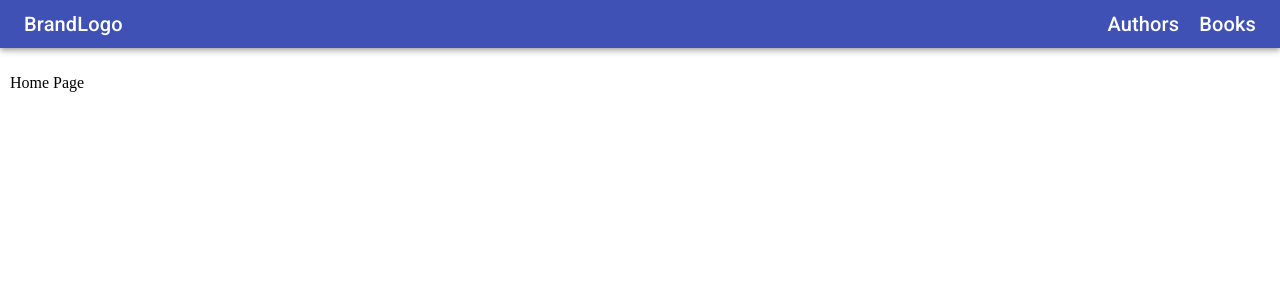
Repository: Sociophuck/00007494
Page: / (app in front/)
An editor plug-in stored every save of this project. The page is shown before and after the next save, followed by the edit.
The browser window is 1280 px wide. The pictures show the whole page.
The project was rebuilt for these pictures with package versions that can differ from the ones it lists, and the page was loaded fresh each time. Also part of the build but not shown: front/src/Author.js, front/src/App.css, front/src/Book.js.

Above is the page before, as saved 2021-04-04 11:09:18.

After the next save:
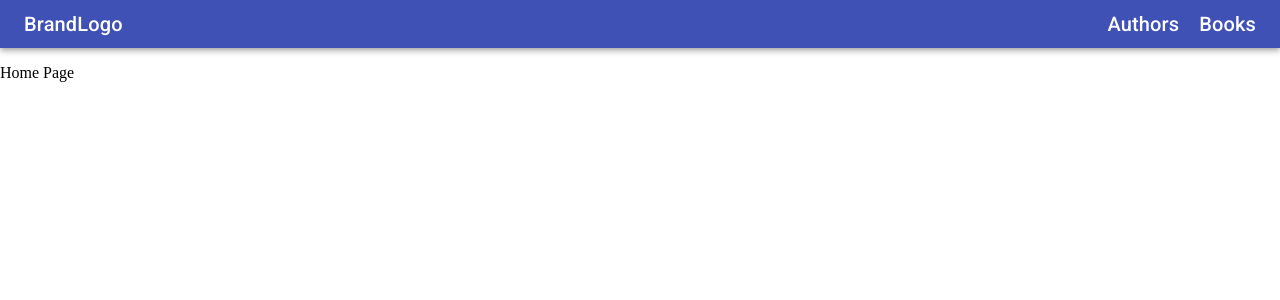
Saved 18 s later.
--- a/front/src/App.js
+++ b/front/src/App.js
@@ -10,7 +10,7 @@ function App() {
     <Router>
       <div className="App">
         <NavBar />
-        <div className="body">
+        <div className="mainBody">
           <Switch>
             <Route exact path="/">
               <Home />
